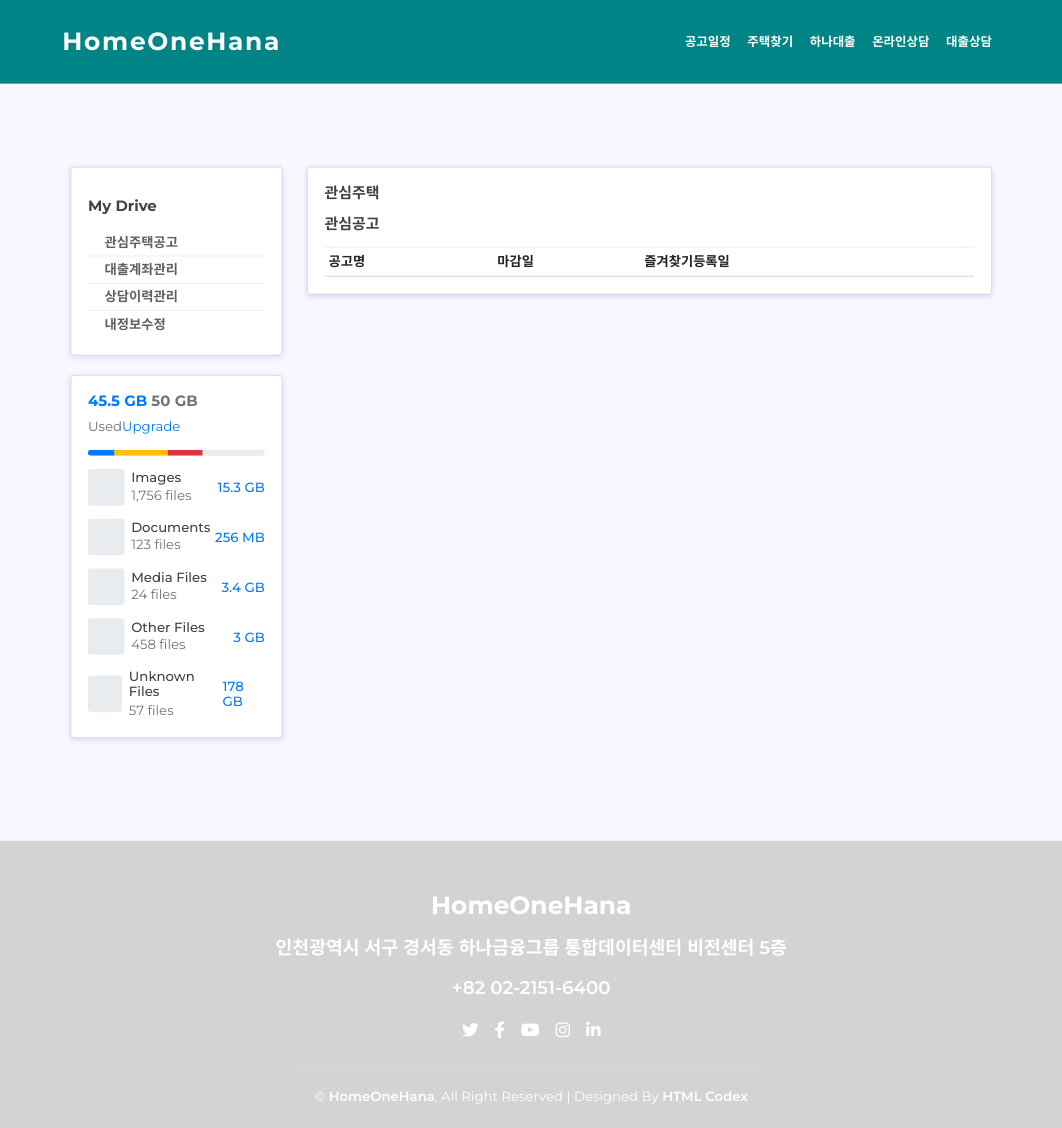
Repository: koposoftware/2021_10_syyoon
Page: http://localhost/HomeOneHana/WEB-INF/jsp/mypage/mypage.jsp
The author's editor kept a copy of each file at every save. The page is drawn from the files as they stood at one save, then again after the next save.
The browser window is 1280 px wide. The pictures show the whole page, at 83% of full size.
Some icons come from a web library that is not loaded, so they are not drawn. Some web libraries are served in a nearby version. The page is served by Tomcat 9. Nobody is signed in. Other server files are loaded and not shown. The template is opened directly, without the code that normally fills it, so the values that code supplies are empty.

Above is the page before, as saved 2021-09-20 08:29:38.

### project/Spring-mvc/HomeOneHana/src/main/webapp/WEB-INF/jsp/mypage/mypage.jsp
<%@ page language="java" contentType="text/html; charset=UTF-8"
    pageEncoding="UTF-8"%>
<%@ taglib prefix="c" uri="http://java.sun.com/jsp/jstl/core" %>
<!DOCTYPE html>
<html>
<head>
<meta charset="UTF-8">
<title>HomeOneHana::마이페이지</title>
<link href="${ pageContext.request.contextPath }/resources/css/top/menubg.css" rel="stylesheet">
<link href="${ pageContext.request.contextPath }/resources/css/mypage/mypage.css" rel="stylesheet">


</head>
<body>
	<header>
		<div class="limiter">
			<div class="container-login100">
				<div class="wrap-login100">
					<jsp:include page="../include/topMenu.jsp" />
				</div>
			</div>
		</div>

	</header>
	<section>
		<div class="body">
		<div class="container">
			<div class="row">
			    <div class="col-12 col-lg-3">
					<div class="card">
						<div class="card-body">

							<h5 class="my-3">My Drive</h5>
							<div class="fm-menu">
								<div class="list-group list-group-flush">
									<a href="javascript:;" class="list-group-item py-1"><i class="bx bx-folder me-2"></i><span>관심주택공고</span></a>
									<a href="javascript:;" class="list-group-item py-1"><i class="bx bx-devices me-2"></i><span>대출계좌관리</span></a>
									<a href="javascript:;" class="list-group-item py-1"><i class="bx bx-analyse me-2"></i><span>상담이력관리</span></a>
									<a href="javascript:;" class="list-group-item py-1"><i class="bx bx-plug me-2"></i><span>내정보수정</span></a>

								</div>
							</div>
						</div>
					</div>
					<div class="card">
						<div class="card-body">
							<h5 class="mb-0 text-primary font-weight-bold">45.5 GB <span class="float-end text-secondary">50 GB</span></h5>
							<p class="mb-0 mt-2"><span class="text-secondary">Used</span><span class="float-end text-primary">Upgrade</span>
							</p>
							<div class="progress mt-3" style="height:7px;">
								<div class="progress-bar" role="progressbar" style="width: 15%" aria-valuenow="15" aria-valuemin="0" aria-valuemax="100"></div>
								<div class="progress-bar bg-warning" role="progressbar" style="width: 30%" aria-valuenow="30" aria-valuemin="0" aria-valuemax="100"></div>
								<div class="progress-bar bg-danger" role="progressbar" style="width: 20%" aria-valuenow="20" aria-valuemin="0" aria-valuemax="100"></div>
							</div>
							<div class="mt-3"></div>
							<div class="d-flex align-items-center">
								<div class="fm-file-box bg-light-primary text-primary"><i class="bx bx-image"></i>
								</div>
								<div class="flex-grow-1 ms-2">
									<h6 class="mb-0">Images</h6>
									<p class="mb-0 text-secondary">1,756 files</p>
								</div>
								<h6 class="text-primary mb-0">15.3 GB</h6>
							</div>
							<div class="d-flex align-items-center mt-3">
								<div class="fm-file-box bg-light-success text-success"><i class="bx bxs-file-doc"></i>
								</div>
								<div class="flex-grow-1 ms-2">
									<h6 class="mb-0">Documents</h6>
									<p class="mb-0 text-secondary">123 files</p>
								</div>
								<h6 class="text-primary mb-0">256 MB</h6>
							</div>
							<div class="d-flex align-items-center mt-3">
								<div class="fm-file-box bg-light-danger text-danger"><i class="bx bx-video"></i>
								</div>
								<div class="flex-grow-1 ms-2">
									<h6 class="mb-0">Media Files</h6>
									<p class="mb-0 text-secondary">24 files</p>
								</div>
								<h6 class="text-primary mb-0">3.4 GB</h6>
							</div>
							<div class="d-flex align-items-center mt-3">
								<div class="fm-file-box bg-light-warning text-warning"><i class="bx bx-image"></i>
								</div>
								<div class="flex-grow-1 ms-2">
									<h6 class="mb-0">Other Files</h6>
									<p class="mb-0 text-secondary">458 files</p>
								</div>
								<h6 class="text-primary mb-0">3 GB</h6>
							</div>
							<div class="d-flex align-items-center mt-3">
								<div class="fm-file-box bg-light-info text-info"><i class="bx bx-image"></i>
								</div>
								<div class="flex-grow-1 ms-2">
									<h6 class="mb-0">Unknown Files</h6>
									<p class="mb-0 text-secondary">57 files</p>
								</div>
								<h6 class="text-primary mb-0">178 GB</h6>
							</div>
						</div>
					</div>
				</div>
				<div class="col-12 col-lg-9">
					<div class="card">
						<div class="card-body">

							<h5>관심주택</h5>
							<div class="row mt-3">
									<c:if test="${not empty favoriteHome }">
									<c:forEach items="${ favoriteHome }" var="home" varStatus="loop">
										<div class="col-12 col-lg-4">
											<div class="card shadow-none border radius-15">
											<div class="card-body">
												<div class="d-flex align-items-center">
													<div class="fm-icon-box radius-15 bg-primary text-white"><i class="lni lni-google-drive"></i>
													</div>
													<div class="ms-auto font-24"><a href="${pageContext.request.contextPath }/search/Detail/${ Home.rnadres }"><i class="fa fa-ellipsis-h"></i></a>
													</div>
												</div>
												<h5 class="mt-3 mb-0">${home.rnadres}</h5>
												<p class="mb-1 mt-4"><span>${home.enrolldt}</span><span>${home.insttnm}</span><span class="float-end">${home.suplytynm}</span>
												</p>
											</div>
										</div>
									</div>

									</c:forEach>
									</c:if>
							</div>

							<!--end row-->
							<div class="d-flex align-items-center">
								<div>
									<h5 class="mb-0">관심공고</h5>
								</div>

							</div>
							<div class="table-responsive mt-3">
								<table class="table table-striped table-hover table-sm mb-0">
									<thead>
										<tr>
											<th>공고명 <i class="bx bx-up-arrow-alt ms-2"></i>
											</th>
											<th>마감일</th>
											<th>즐겨찾기등록일</th>
											<th></th>
										</tr>
									</thead>
									<tbody>
									<c:if test="${not empty favoriteNotice }">
										<c:forEach items="${favoriteNotice }" var="noti" varStatus="loop">
										<tr>
											<td>
												<div class="d-flex align-items-center">
													<div><i class="bx bxs-file-pdf me-2 font-24 text-danger"></i>
													</div>
													<div class="font-weight-bold">${noti.noticetitle }</div>
												</div>
											</td>
											<td>${noti.noticeend }</td>
											<td>${noti.enrolldt }</td>
											<td><i class="fa fa-ellipsis-h font-24"></i>
											</td>
										</tr>
										</c:forEach>

									</c:if>
									</tbody>
								</table>
							</div>
						</div>
					</div>
				</div>
			</div>
			</div>
			</div>
	</section>
	<footer>
		<jsp:include page="../include/bottomMenu.jsp" />
	</footer>
</body>
</html>

### project/Spring-mvc/HomeOneHana/src/main/webapp/WEB-INF/jsp/include/topMenu.jsp
<%@ page language="java" contentType="text/html; charset=UTF-8"
    pageEncoding="UTF-8"%>
<%@ taglib prefix="c" uri="http://java.sun.com/jsp/jstl/core" %>

        <meta content="width=device-width, initial-scale=1.0" name="viewport">
        <meta content="Free Website Template" name="keywords">
        <meta content="Free Website Template" name="description">


		<!-- font-awesome icon  -->
		<link href="//maxcdn.bootstrapcdn.com/font-awesome/4.1.0/css/font-awesome.min.css" rel="stylesheet" />

        <!-- Favicon -->
        <!-- <link href="/Practice-Web/Front/img/favicon.ico" rel="icon"> -->

        <!-- Google Font -->
        <link href="https://fonts.googleapis.com/css2?family=Montserrat:wght@300;400;500;600;700&display=swap" rel="stylesheet">
		<link href="https://fonts.googleapis.com/css2?family=Noto+Sans+KR:wght@100&display=swap" rel="stylesheet">

        <!-- CSS Libraries -->
        <link href="https://stackpath.bootstrapcdn.com/bootstrap/4.4.1/css/bootstrap.min.css" rel="stylesheet">
        <link href="https://cdnjs.cloudflare.com/ajax/libs/font-awesome/5.10.0/css/all.min.css" rel="stylesheet">

        <link href="${ pageContext.request.contextPath }/resources/lib/animate/animate.min.css" rel="stylesheet">
        <link href="${ pageContext.request.contextPath }/resources/lib/owlcarousel/assets/owl.carousel.min.css" rel="stylesheet">
        <link href="${ pageContext.request.contextPath }/resources/lib/lightbox/css/lightbox.min.css" rel="stylesheet">



        <!-- Template Stylesheet -->
        <link href="${ pageContext.request.contextPath }/resources/css/style.css" rel="stylesheet">

<!-- Nav Bar Start -->
<div class="navbar navbar-expand-lg bg-light navbar-light">
    <div class="container-fluid">
        <a href="${ pageContext.request.contextPath }/" class="navbar-brand">HomeOneHana</a>
        <button type="button" class="navbar-toggler" data-toggle="collapse" data-target="#navbarCollapse">
            <span class="navbar-toggler-icon"></span>
        </button>

        <div class="collapse navbar-collapse justify-content-between" id="navbarCollapse">
            <div class="navbar-nav ml-auto">
                <!-- <a href="Front/index2.jsp" class="nav-item nav-link active">Home</a> -->
                <a href="${ pageContext.request.contextPath }/schedule" class="nav-item nav-link">공고일정</a>
                <a href="${ pageContext.request.contextPath }/search" class="nav-item nav-link">주택찾기</a>
                <a href="${ pageContext.request.contextPath }/loan" class="nav-item nav-link">하나대출</a>
                <a href="${ pageContext.request.contextPath }/consult/reservation" class="nav-item nav-link">온라인상담</a>
                <a href="${ pageContext.request.contextPath }/loan/review" class="nav-item nav-link">대출상담</a>


                <%--로그인사용자만 접근가능 --%>
                <c:if test="${ not empty sessionScope.loginVO  }">
	               	<a href="${ pageContext.request.contextPath }/logout" class="nav-item nav-link">로그아웃</a>
	                <a href="${ pageContext.request.contextPath }/mypage" class="nav-item nav-link"><i class="fas fa-user-circle fa-3x"></i></a>
                </c:if>

            </div>
        </div>
    </div>
</div>

### project/Spring-mvc/HomeOneHana/src/main/webapp/WEB-INF/jsp/include/bottomMenu.jsp
<%@ page language="java" contentType="text/html; charset=UTF-8"
    pageEncoding="UTF-8"%>
		<!-- Footer Start -->
        <div class="footer wow fadeIn" data-wow-delay="0.3s">
            <div class="container-fluid">
                <div class="container">
                    <div class="footer-info">
                        <h2>HomeOneHana</h2>
                        <h3>인천광역시 서구 경서동 하나금융그룹 통합데이터센터 비전센터 5층</h3>
                        <div class="footer-menu">
                            <p>+82 02-2151-6400</p>
                        </div>
                        <div class="footer-social">
                            <a href=""><i class="fab fa-twitter"></i></a>
                            <a href=""><i class="fab fa-facebook-f"></i></a>
                            <a href=""><i class="fab fa-youtube"></i></a>
                            <a href=""><i class="fab fa-instagram"></i></a>
                            <a href=""><i class="fab fa-linkedin-in"></i></a>
                        </div>
                    </div>
                </div>
                <div class="container copyright">
                    <p>&copy; <a href="#">HomeOneHana</a>, All Right Reserved | Designed By <a href="https://htmlcodex.com">HTML Codex</a></p>
                </div>
            </div>
        </div>
        <!-- Footer End -->


        <!-- Back to top button -->
        <a href="#" class="btn back-to-top"><i class="fa fa-chevron-up"></i></a>


        <!-- Pre Loader -->
        <div id="loader" class="show">
            <div class="loader"></div>
        </div>


		<!-- JavaScript Libraries -->
        <script src="https://code.jquery.com/jquery-3.4.1.min.js"></script>
        <script src="https://stackpath.bootstrapcdn.com/bootstrap/4.4.1/js/bootstrap.bundle.min.js"></script>
        <script src="${ pageContext.request.contextPath }/resources/lib/easing/easing.min.js"></script>
        <script src="${ pageContext.request.contextPath }/resources/lib/wow/wow.min.js"></script>
        <script src="${ pageContext.request.contextPath }/resources/lib/waypoints/waypoints.min.js"></script>
        <script src="${ pageContext.request.contextPath }/resources/lib/typed/typed.min.js"></script>
        <script src="${ pageContext.request.contextPath }/resources/lib/owlcarousel/owl.carousel.min.js"></script>
        <script src="${ pageContext.request.contextPath }/resources/lib/isotope/isotope.pkgd.min.js"></script>
        <script src="${ pageContext.request.contextPath }/resources/lib/lightbox/js/lightbox.min.js"></script>

        <!-- Contact Javascript File -->
        <script src="${ pageContext.request.contextPath }/resources/mail/jqBootstrapValidation.min.js"></script>
        <script src="${ pageContext.request.contextPath }/resources/mail/contact.js"></script>

        <!-- Template Javascript -->
        <script src="${ pageContext.request.contextPath }/resources/js/main.js"></script>

### project/Spring-mvc/HomeOneHana/src/main/webapp/resources/css/top/menubg.css
@charset "UTF-8";


header{
	height:101px;
	background-color:#008485;
}
@media(max-width:992px){
	header{
		height:70px;
	}
}

### project/Spring-mvc/HomeOneHana/src/main/webapp/resources/css/mypage/mypage.css
@charset "UTF-8";



.body{
padding-top:100px;
padding-bottom:100px;
background-color: #f7f7ff;
}
.card {
    position: relative;
    display: flex;
    flex-direction: column;
    min-width: 0;
    word-wrap: break-word;
    background-color: #fff;
    background-clip: border-box;
    border: 0px solid rgba(0, 0, 0, 0);
    border-radius: .25rem;
    margin-bottom: 1.5rem;
    box-shadow: 0 2px 6px 0 rgb(218 218 253 / 65%), 0 2px 6px 0 rgb(206 206 238 / 54%);
}

.card-body h5{
	font-size:18px;
	font-weight:700;
}

.subti{
	font-size:14px;
}

.fm-file-box {
    font-size: 25px;
    background: #e9ecef;
    width: 44px;
    height: 44px;
    display: flex;
    align-items: center;
    justify-content: center;
    border-radius: .25rem;
}
.ms-2 {
    margin-left: .5rem!important;
}

.fm-menu .list-group a {
    font-size: 16px;
    color: #5f5f5f;
    display: flex;
    align-items: center;
}
.list-group-flush>.list-group-item {
    border-width: 0 0 1px;
}
.list-group-item+.list-group-item {
    border-top-width: 0;
}
.py-1 {
	font-weight:700;
    padding-top: .25rem!important;
    padding-bottom: .25rem!important;
}
.list-group-item {
    position: relative;
    display: block;
    padding: .5rem 1rem;
    text-decoration: none;
    background-color: #fff;
    border: 1px solid rgba(0, 0, 0, .125);
}

.radius-15 {
    border-radius: 15px;
}
.fm-icon-box {
    font-size: 32px;
    background: #ffffff;
    width: 52px;
    height: 52px;
    display: flex;
    align-items: center;
    justify-content: center;
    border-radius: .25rem;
}
.font-24 {
    font-size: 24px;
}
.ms-auto {
    margin-left: auto!important;
}
.font-30 {
    font-size: 30px;
}
.user-groups img {
    margin-left: -14px;
    border: 1px solid #e4e4e4;
    padding: 2px;
    cursor: pointer;
}

.rounded-circle {
    border-radius: 50%!important;
}

/*
		현재진행중인 대출
*/

.loanbox{
	margin-top:5px;
	margin-bottom:5px;
}
.loan-finishBox{
	background-color:#000;
}
.loan-acceptBox{
	background-color:#008485;
}

.loan-rejectBox{
	background-color:#e90061;
}

.loan-reviewBox{
	background-color:#b5b5b5;
}

.loanname{
	font-weight:700;
}

.loandate{
	font-size:12px;
}

.loanstatus{
	text-align:center;
	font-weight:700;
	color:#fff;
	font-size:10px;
	margin-bottom:0px;
}

th{
	text-align:center;
}
td{
	font-size:14px;
}

Loaded but not shown: project/Spring-mvc/HomeOneHana/src/main/webapp/resources/lib/animate/animate.min.css (library); project/Spring-mvc/HomeOneHana/src/main/webapp/resources/lib/owlcarousel/assets/owl.carousel.min.css (common file); project/Spring-mvc/HomeOneHana/src/main/webapp/resources/lib/lightbox/css/lightbox.min.css (common file); project/Spring-mvc/HomeOneHana/src/main/webapp/resources/lib/easing/easing.min.js (common file); project/Spring-mvc/HomeOneHana/src/main/webapp/resources/lib/wow/wow.min.js (library); project/Spring-mvc/HomeOneHana/src/main/webapp/resources/lib/waypoints/waypoints.min.js (library); project/Spring-mvc/HomeOneHana/src/main/webapp/resources/lib/typed/typed.min.js (library); project/Spring-mvc/HomeOneHana/src/main/webapp/resources/lib/owlcarousel/owl.carousel.min.js (library); project/Spring-mvc/HomeOneHana/src/main/webapp/resources/lib/isotope/isotope.pkgd.min.js (library); project/Spring-mvc/HomeOneHana/src/main/webapp/resources/lib/lightbox/js/lightbox.min.js (library); project/Spring-mvc/HomeOneHana/src/main/webapp/resources/mail/jqBootstrapValidation.min.js (library); project/Spring-mvc/HomeOneHana/src/main/webapp/resources/js/main.js (108 lines, source omitted); project/Spring-mvc/HomeOneHana/src/main/webapp/resources/mail/contact.js (65 lines, source omitted); project/Spring-mvc/HomeOneHana/src/main/webapp/resources/css/style.css (1648 lines, source omitted)

After the next save:
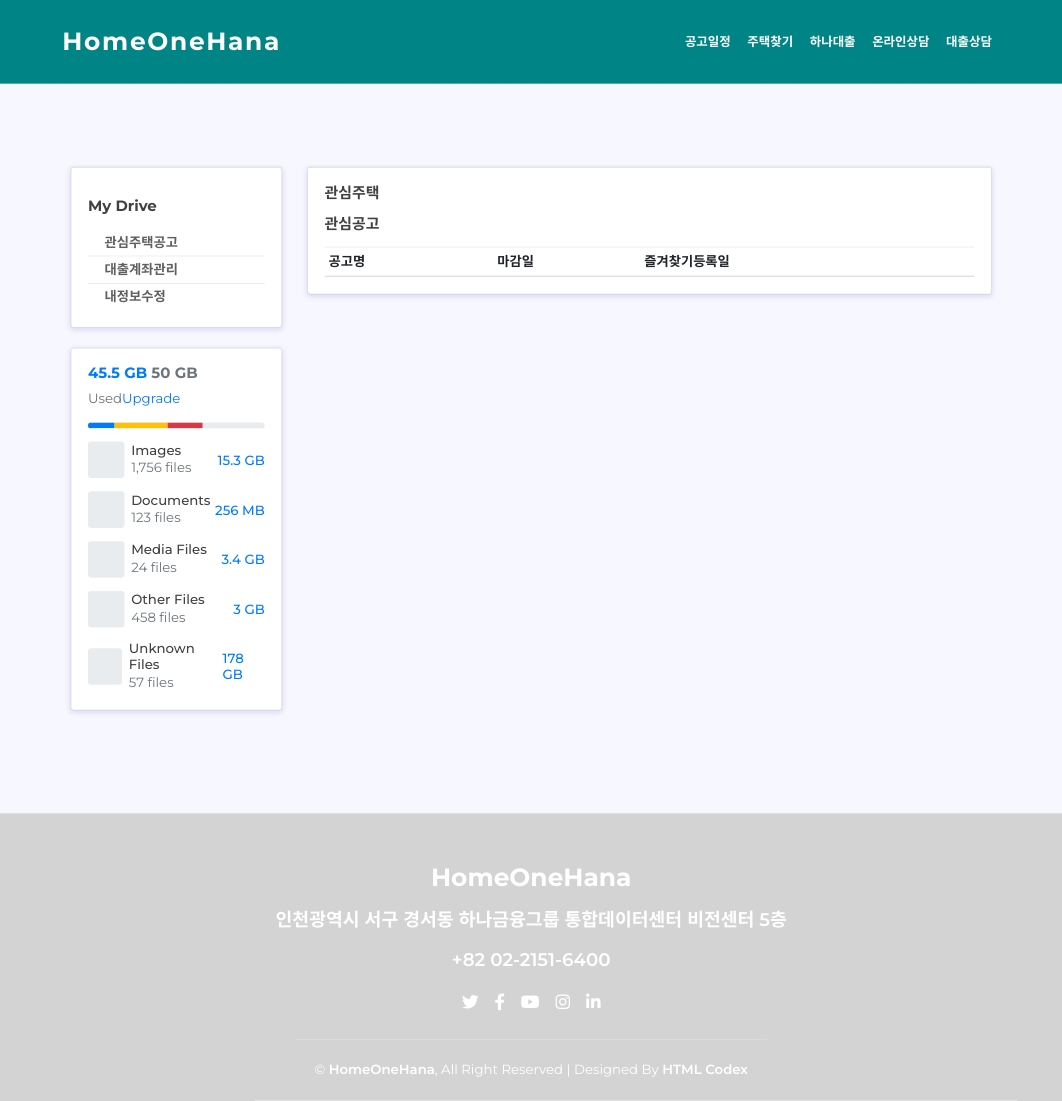
Saved 26 s later.
--- a/project/Spring-mvc/HomeOneHana/src/main/webapp/WEB-INF/jsp/mypage/mypage.jsp
+++ b/project/Spring-mvc/HomeOneHana/src/main/webapp/WEB-INF/jsp/mypage/mypage.jsp
@@ -35,7 +35,6 @@
 								<div class="list-group list-group-flush">
 									<a href="javascript:;" class="list-group-item py-1"><i class="bx bx-folder me-2"></i><span>관심주택공고</span></a>
 									<a href="javascript:;" class="list-group-item py-1"><i class="bx bx-devices me-2"></i><span>대출계좌관리</span></a>
-									<a href="javascript:;" class="list-group-item py-1"><i class="bx bx-analyse me-2"></i><span>상담이력관리</span></a>
 									<a href="javascript:;" class="list-group-item py-1"><i class="bx bx-plug me-2"></i><span>내정보수정</span></a>
 
 								</div>
